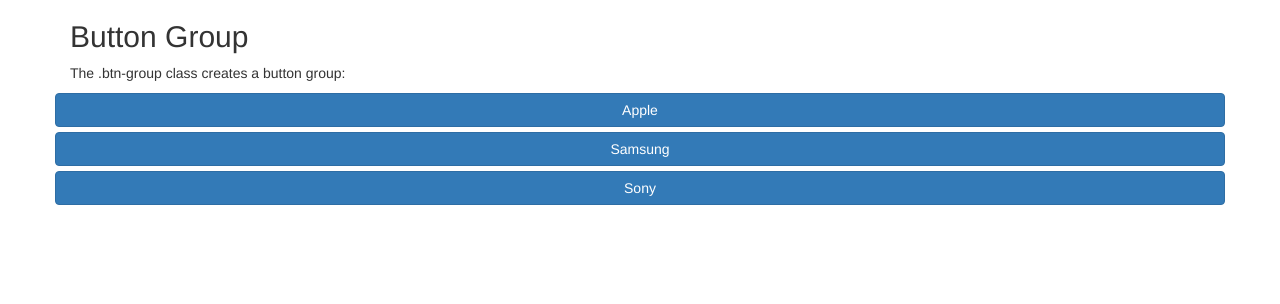
Repository: rsusolutions/RSU-Website
Page: quiz/index2.html
The author's editor kept a copy of each file at every save. The page is drawn from the files as they stood at one save, then again after the next save.
The browser window is 1280 px wide. The pictures show the whole page.

Above is the page before, as saved 2020-04-21 13:33:16.

### quiz/index2.html
<!DOCTYPE html>
<html lang="en">
<head>
  <title>Bootstrap Example</title>
  <meta charset="utf-8">
  <meta name="viewport" content="width=device-width, initial-scale=1">
  <link rel="stylesheet" href="https://maxcdn.bootstrapcdn.com/bootstrap/3.4.1/css/bootstrap.min.css">
  <script src="https://ajax.googleapis.com/ajax/libs/jquery/3.4.1/jquery.min.js"></script>
  <script src="https://maxcdn.bootstrapcdn.com/bootstrap/3.4.1/js/bootstrap.min.js"></script>
</head>
<style>
    .btn-group {
  position: absolute;
  right: 15px;
  bottom: 15px;
}
</style>
<body>

<div class="container">
  <h2>Button Group</h2>
  <p>The .btn-group class creates a button group:</p>
  <div class="  row">
    <button type="button "  class="btn btn-primary btn-block col col-md-4">Apple</button>
    <button type="button"  class="btn btn-primary btn-block col col-md-4">Samsung</button>
    <button type="button"  class="btn btn-primary btn-block col col-md-4">Sony</button>
  </div>
</div>

</body>
</html>

After the next save:
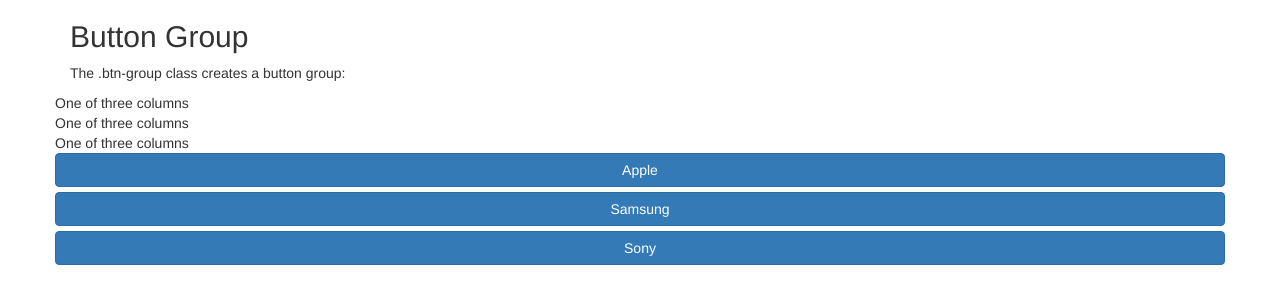
Saved 58 s later.
--- a/quiz/index2.html
+++ b/quiz/index2.html
@@ -20,6 +20,18 @@
 <div class="container">
   <h2>Button Group</h2>
   <p>The .btn-group class creates a button group:</p>
+  <div class="row">
+    <div class="col-sm">
+      One of three columns
+    </div>
+    <div class="col-sm">
+      One of three columns
+    </div>
+    <div class="col-sm">
+      One of three columns
+    </div>
+  </div>
+
   <div class="  row">
     <button type="button "  class="btn btn-primary btn-block col col-md-4">Apple</button>
     <button type="button"  class="btn btn-primary btn-block col col-md-4">Samsung</button>
